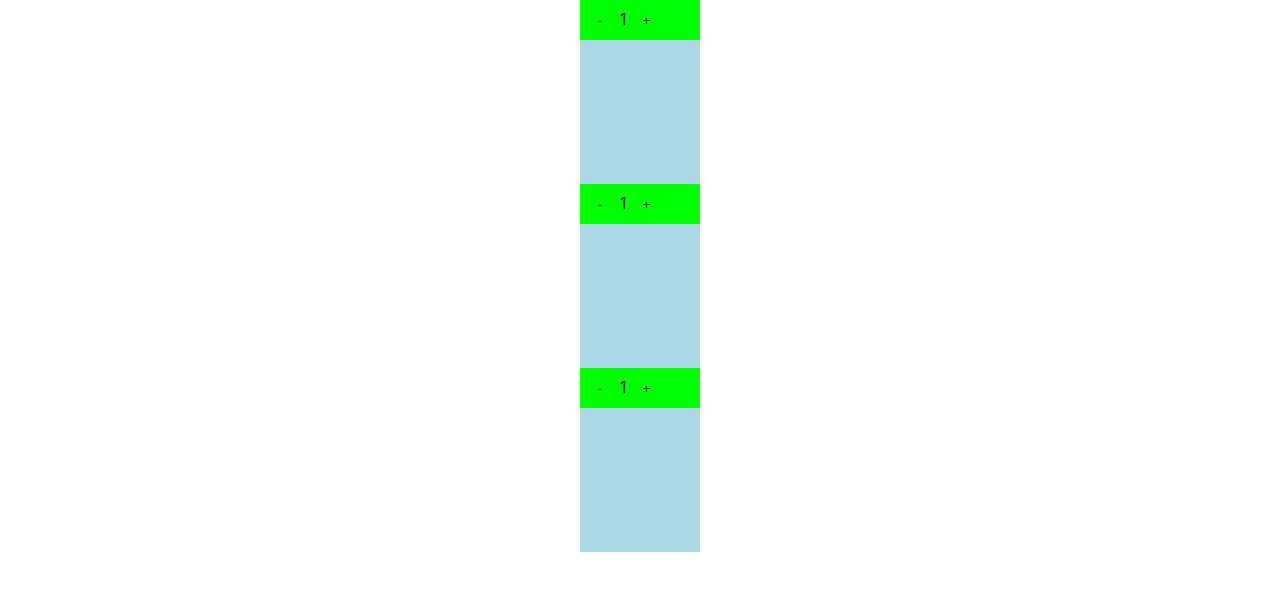
Repository: max535/test-task-netrika
Page: /
An editor plug-in stored every save of this project. The page is shown before and after the next save, followed by the edit.
The browser window is 1280 px wide. The pictures show the whole page.
The project was rebuilt for these pictures with package versions that can differ from the ones it lists, and the page was loaded fresh each time.

Above is the page before, as saved 2021-10-16 06:54:12.

### public/index.html
<!DOCTYPE html>
<html lang="en">
  <head>
    <meta charset="utf-8" />
    <meta name="viewport" content="width=device-width, initial-scale=1" />
    <title>Тестовые задания</title>
  </head>
  <body>
    <div id="root"></div>
  </body>
</html>

### src/App.js
import React from 'react';
import Counter from './Counter/Counter';
import './App.css';

function App() {
  return (
    <div className="App">
      <Counter className="White" />
      <Counter className="Red" />
      <Counter className="Green" />
    </div>
  );
}

export default App;

### src/Counter/Counter.js
import React, { useState } from 'react';
import "./Counter.css";

const Counter = () => {
    const [count, setCount] = useState(1);

    const handleIncrement = () => {
        setCount(count + 1);
    }

    const handleDecrement = () => {
        setCount(count - 1);
    }

    return (
        <div className="Frame">
            <div className="Counter">
                <button className="Decrement" onClick={handleDecrement}>-</button>
                <span className="Count">{count}</span>
                <button className="Increment" onClick={handleIncrement}>+</button>
            </div>
        </div>
    );
}

export default Counter;

### src/App.css
.App {
  display: flex;
  flex-direction: column;
  align-items: center;
  width: 100%;
  height: 100%;
}

### src/Counter/Counter.css
.Frame {
    width: 120px;
    height: 184px;
    background-color: lightblue;
}

.Counter {
   width: 120px;
   height: 40px;
   background-color: lime;

}

.Decrement, .Increment {
    width: 40px;
    height: 40px;
    border: none;
    background-color: inherit;
}

/* .Increment {
    width: 40px;
    height: 40px;
} */

.Count {
    width: 40px;
    height: 40px;
}

Loaded but not shown: src/index.js (common file); src/index.css (common file)

After the next save:
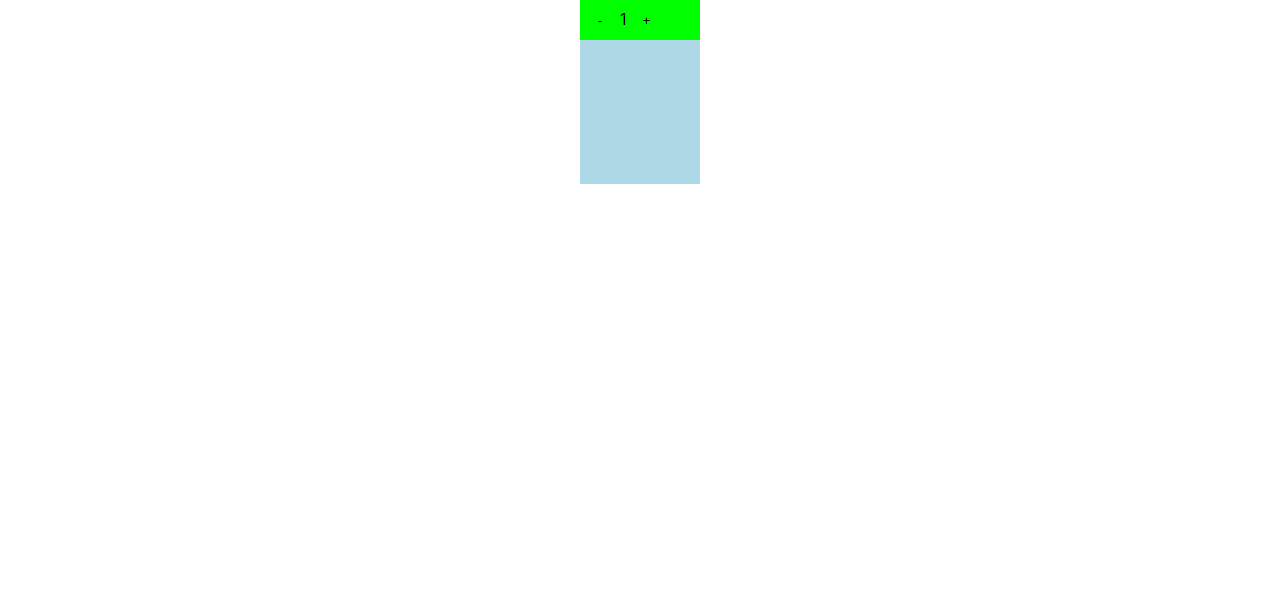
Saved 23 s later.
--- a/src/App.js
+++ b/src/App.js
@@ -6,8 +6,7 @@ function App() {
   return (
     <div className="App">
       <Counter className="White" />
-      <Counter className="Red" />
-      <Counter className="Green" />
+
     </div>
   );
 }
